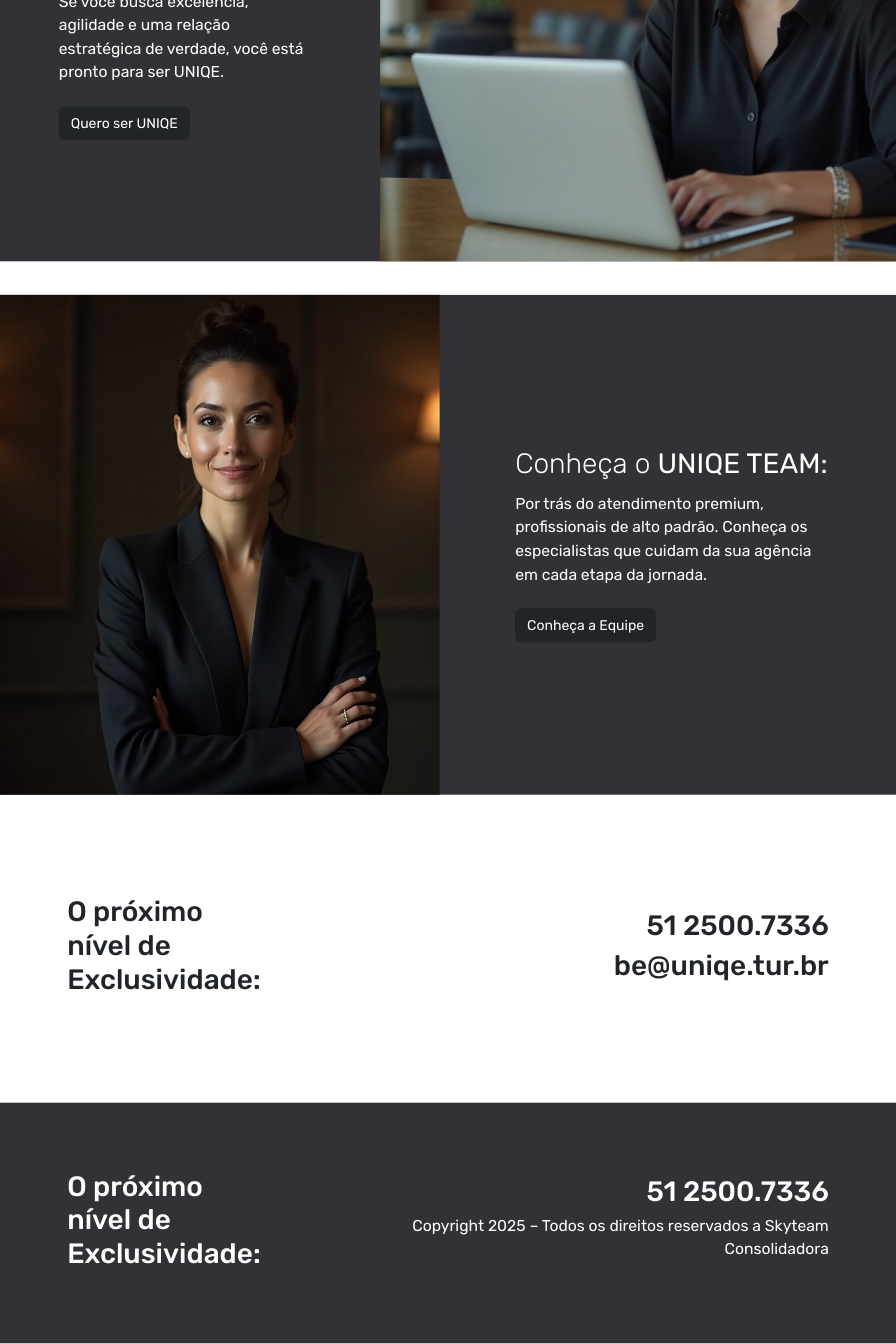
Repository: SkyTeam-Dev/Site-Uniqe
Page: http://localhost/
These files come from the project's save history. The page is drawn as it stood at one moment and after the next save; the edit follows.
The browser window is 1280 px wide. The pictures show the part of the page from y = 2975 to 4895 px (the page is 4895 px tall), at 70% of full size.
Some web libraries are served in a nearby version. The page is run by PHP 8.4 with error messages shown; the project is at /var/www/html/.

Above is the page before, as saved 2025-07-08 09:38:17.

After the next save:
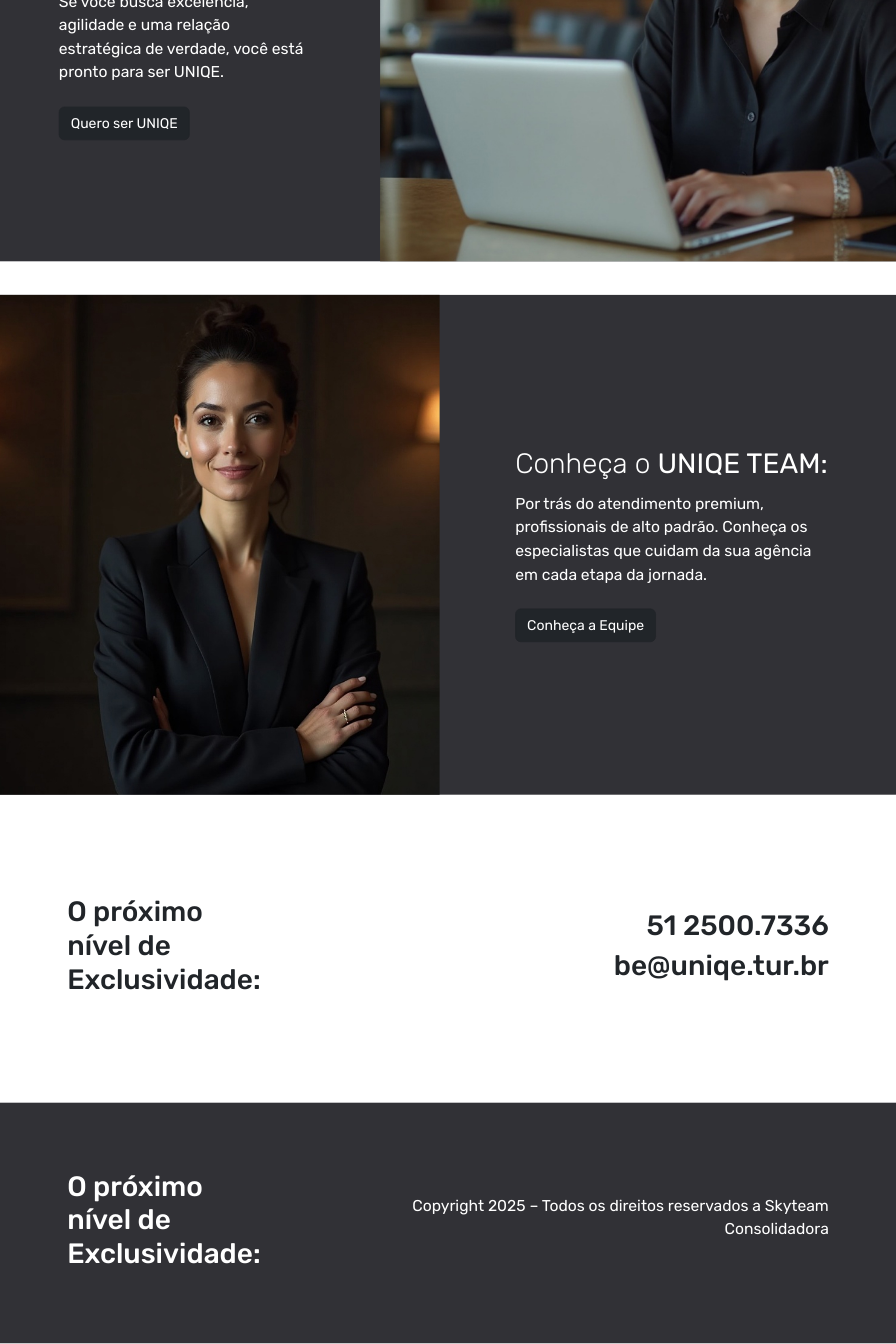
Saved 23 s later.
--- a/index.php
+++ b/index.php
@@ -531,7 +531,7 @@
 
             <div class="col-md-8 p-5 mb-4 mb-md-0">
                 <div class="p-5">
-                    <h1 class="text-end">51 2500.7336</h1>
+
                     <p class="text-end">Copyright <?php echo date("Y");?> – Todos os direitos reservados a Skyteam Consolidadora </p>
                 </div>
             </div>
